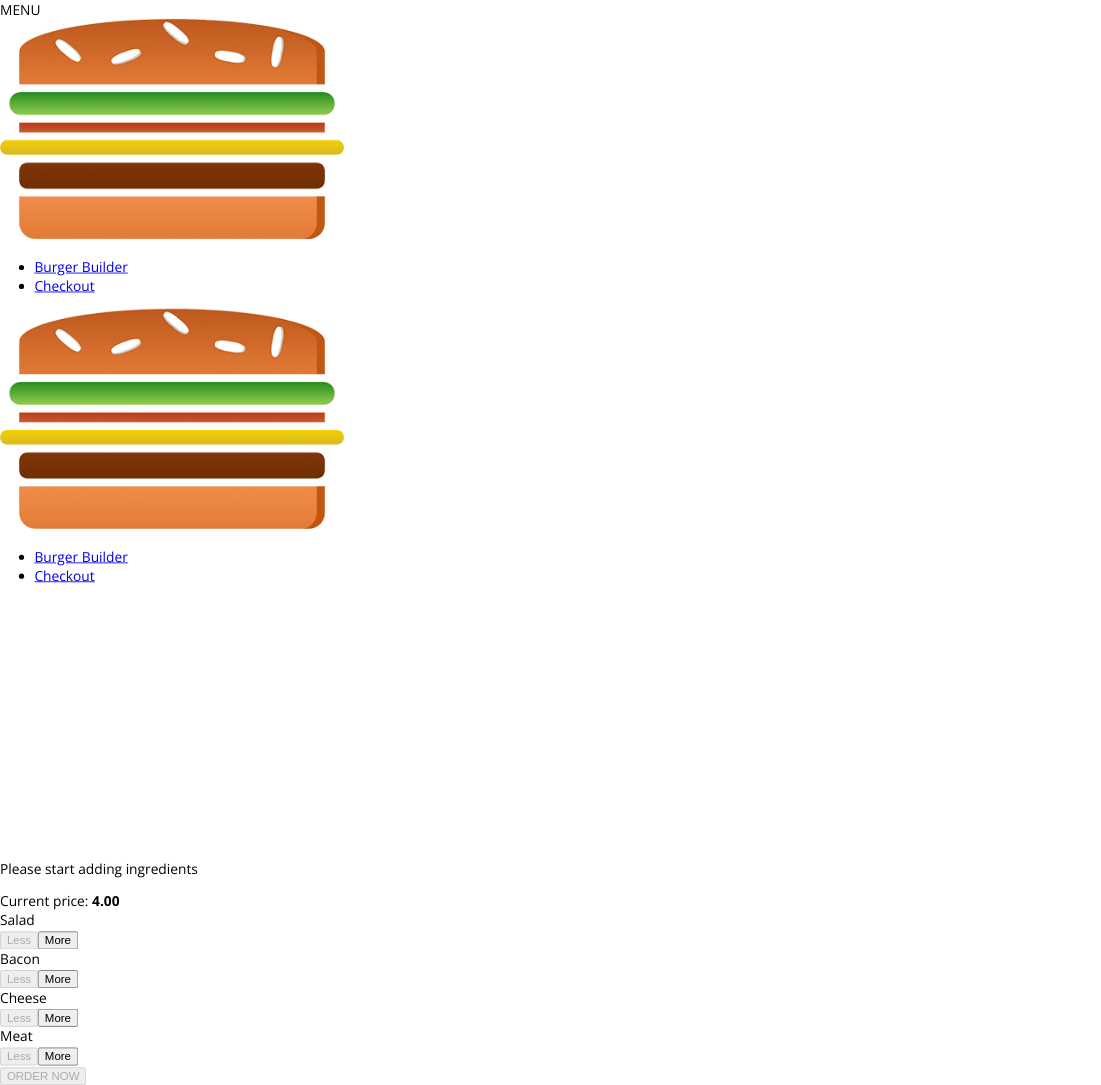
Repository: dunbom6612/burger-builder-app
Page: /
The author's editor kept a copy of each file at every save. The page is drawn from the files as they stood at one save, then again after the next save.
The browser window is 1280 px wide. The pictures show the whole page, at 86% of full size.
The project was rebuilt for these pictures with package versions that can differ from the ones it lists, and the page was loaded fresh each time. Also part of the build but not shown: src/components/Layout/Layout.css, src/components/Navigation/Toolbar/Toolbar.css, src/components/Logo/Logo.css, src/components/Navigation/NavigationItems/NavigationItems.css, src/components/Navigation/NavigationItems/NavigationItem/NavigationItem.css, src/components/Navigation/SideDrawer/SideDrawer.css, src/components/UI/Backdrop/Backdrop.css, src/components/Burger/Burgeringredient/Burgeringredient.css and 5 more.

Above is the page before, as saved 2020-08-01 12:43:18.

### public/index.html
<!DOCTYPE html>
<html lang="en">
  <head>
    <meta charset="utf-8">
    <meta name="viewport" content="width=device-width, initial-scale=1, shrink-to-fit=no">
    <meta name="theme-color" content="#000000">
    <!--
      manifest.json provides metadata used when your web app is added to the
      homescreen on Android. See https://developers.google.com/web/fundamentals/engage-and-retain/web-app-manifest/
    -->
    <link rel="manifest" href="%PUBLIC_URL%/manifest.json">
    <link rel="shortcut icon" href="%PUBLIC_URL%/favicon.ico">
    <!--
      Notice the use of %PUBLIC_URL% in the tags above.
      It will be replaced with the URL of the `public` folder during the build.
      Only files inside the `public` folder can be referenced from the HTML.

      Unlike "/favicon.ico" or "favicon.ico", "%PUBLIC_URL%/favicon.ico" will
      work correctly both with client-side routing and a non-root public URL.
      Learn how to configure a non-root public URL by running `npm run build`.
    -->
    <link href="https://fonts.googleapis.com/css2?family=Open+Sans:wght@400;700&display=swap" rel="stylesheet">
    <title>Huy Burger</title>
  </head>
  <body>
    <noscript>
      You need to enable JavaScript to run this app.
    </noscript>
    <div id="root"></div>
    <!--
      This HTML file is a template.
      If you open it directly in the browser, you will see an empty page.

      You can add webfonts, meta tags, or analytics to this file.
      The build step will place the bundled scripts into the <body> tag.

      To begin the development, run `npm start` or `yarn start`.
      To create a production bundle, use `npm run build` or `yarn build`.
    -->
  </body>
</html>

### src/App.js
import React, { Component } from 'react';
import Layout from './components/Layout/Layout';
import BurgerBuilder from './containers/BurgerBuilder/BurgerBuilder';

class App extends Component {
  render() {
    return (
      <div className="App">
        <Layout>
          <BurgerBuilder />
        </Layout>
      </div>
    );
  }
}

export default App;

### src/components/Layout/Layout.js
import React from "react";
import Aux from "../../hoc/Aux";
import classes from './Layout.css';
import Toolbar from '../Navigation/Toolbar/Toolbar';
import SideDrawer from '../Navigation/SideDrawer/SideDrawer';

const layout = (props) => (
  <Aux>
    <Toolbar />
    <SideDrawer />
    <main className={classes.Content}>{props.children}</main>
  </Aux>
);

export default layout;

### src/containers/BurgerBuilder/BurgerBuilder.js
import React, { Component } from "react";
import Aux from "../../hoc/Aux";
import Burger from "../../components/Burger/Burger";
import BuildControls from "../../components/BuildControls/BuildControls";
import Modal from '../../components/UI/Modal/Modal';
import OrderSummary from '../../components/Burger/OrderSummary/OrderSummary'

const INGREDIENT_PRICES = {
  salad: 0.5,
  cheese: 0.4,
  meat: 1.3,
  bacon: 0.7,
};
class BurgerBuilder extends Component {
  state = {
    ingredients: {
      salad: 0,
      bacon: 0,
      cheese: 0,
      meat: 0,
    },
    totalPrice: 4,
    purchasable: false,
    purchasing: false
  };

  updatePurchaseState(ingredients) {
    const sum = Object.keys(ingredients).map(igKey => {
      return ingredients[igKey]
    }).reduce((sum,el) => {
      return sum + el
    },0);
    this.setState({purchasable: sum > 0 });
  }

  addIngredientHandler = (type) => {
    const oldCount = this.state.ingredients[type];
    const updatedCount = oldCount + 1;
    const updateIngredients = {
      ...this.state.ingredients,
    };
    updateIngredients[type] = updatedCount;
    const priceAddition = INGREDIENT_PRICES[type];
    const oldPrice = this.state.totalPrice;
    const newPrice = oldPrice + priceAddition;
    this.setState({ totalPrice: newPrice, ingredients: updateIngredients });
    this.updatePurchaseState(updateIngredients);
  };

  removeIngredientHandler = (type) => {
    const oldCount = this.state.ingredients[type];
    if(oldCount <= 0){
        return;
    }
    const updatedCount = oldCount - 1 ;
    const updateIngredients = {
      ...this.state.ingredients,
    };
    updateIngredients[type] = updatedCount;
    const priceDeduction = INGREDIENT_PRICES[type];
    const oldPrice = this.state.totalPrice;
    const newPrice =
      oldPrice > priceDeduction ? oldPrice - priceDeduction : oldPrice;
    this.setState({ totalPrice: newPrice, ingredients: updateIngredients });
    this.updatePurchaseState(updateIngredients);
  };

  purchaseHandler = () => {
    this.setState({
      purchasing: true
    })
  }

  purchaseCancelHandler = () => {
    this.setState({purchasing: false});
  }

  purchaseContinueHandler = () => {
    alert('You continue!');
  }

  render() {
      const disabledInfo = {
          ...this.state.ingredients
      };
      for (let key in disabledInfo) {
          disabledInfo[key] = disabledInfo[key] <= 0
      }
    return (
      <Aux>
        <Modal show={this.state.purchasing} modalClosed={this.purchaseCancelHandler}>
          <OrderSummary ingredients={this.state.ingredients}
          price={this.state.totalPrice}
          purchaseCancelled={this.purchaseCancelHandler}
          purchaseContinued={this.purchaseContinueHandler}
          />
        </Modal>
        <Burger ingredients={this.state.ingredients} />
        <BuildControls
          ingredientAdded={this.addIngredientHandler}
          ingredientRemoved={this.removeIngredientHandler}
          price={this.state.totalPrice}
          ordered={this.purchaseHandler}
          purchasable={this.state.purchasable}
          disabled={disabledInfo}

        />
      </Aux>
    );
  }
}

export default BurgerBuilder;

### src/components/Navigation/Toolbar/Toolbar.js
import React from "react";
import classes from './Toolbar.css'
import Logo from '../../Logo/Logo';
import NavigationItems from '../NavigationItems/NavigationItems'

const toolbar = (props) => (
  <header className={classes.Toolbar}>
    <div>MENU</div>
    <div className={classes.Logo}>
        <Logo />
    </div>
    <nav className={classes.DestopOnly}>
        <NavigationItems />
    </nav>
  </header>
);

export default toolbar;

### src/components/Navigation/SideDrawer/SideDrawer.js
import React from "react";
import Logo from "../../Logo/Logo";
import NavigationItems from "../NavigationItems/NavigationItems";
import classes from "./SideDrawer.css";
import Backdrop from "../../UI/Backdrop/Backdrop";
import Aux from "../../../hoc/Aux"

const sideDrawer = (props) => {
  return (
    <Aux>
      <Backdrop show/>
      <div className={classes.SideDrawer}>
        <div className={classes.Logo}>
          <Logo />
          <NavigationItems />
        </div>
      </div>
    </Aux>
  );
};

export default sideDrawer;

### src/components/Burger/Burger.js
import React from 'react'
import BurgerIngredient from './Burgeringredient/Burgeringredient'
import classes from './Burger.css'

const burger = (props) => {
    let transformedIngredient = Object.keys(props.ingredients).map(igKey => {
        return [...Array(props.ingredients[igKey])].map((_,i) => {
           return  <BurgerIngredient key={igKey + i} type={igKey} />
        });
    }).reduce((arr, el) => {
        return arr.concat(el);
    }, []);
    if(transformedIngredient.length === 0 ){
        transformedIngredient = <p> Please start adding ingredients</p>;
    }
    return (
        <div className={classes.Burger}>
            <BurgerIngredient type='bread-top'/>
            {transformedIngredient}
            <BurgerIngredient type='bread-bottom'/>
        </div>
    );


}

export default burger;

### src/components/BuildControls/BuildControls.js
import React from "react";
import classes from "./BuildControls.css";
import BuildControl from "./BuildControl/BuildControl";

const controls = [
  { label: "Salad", type: "salad" },
  { label: "Bacon", type: "bacon" },
  { label: "Cheese", type: "cheese" },
  { label: "Meat", type: "meat" },
];
const buildControls = (props) => (
  <div className={classes.BuildControls}>
    <div>
      Current price: <strong>{props.price.toFixed(2)}</strong>
    </div>
    {controls.map((ctrl) => (
      <BuildControl
        key={ctrl.label}
        label={ctrl.label}
        added={() => props.ingredientAdded(ctrl.type)}
        removed={() => props.ingredientRemoved(ctrl.type)}
        disabled={props.disabled[ctrl.type]}
      />
    ))}
    <button className={classes.OrderButton} disabled={!props.purchasable} onClick={props.ordered}>
       ORDER NOW</button>
  </div>
);

export default buildControls;

### src/components/UI/Modal/Modal.js
import React from "react";
import classes from "./Modal.css";
import Aux from "../../../hoc/Aux";
import Backdrop from "../Backdrop/Backdrop";

const modal = (props) => (
  <Aux>
    <Backdrop show={props.show} clicked={props.modalClosed} />
    <div
      className={classes.Modal}
      style={{
        transform: props.show ? "translateY(0)" : "translateY(-100vh)",
        opacity: props.show ? "1" : "0",
      }}
    >
      {props.children}
    </div>
  </Aux>
);

export default modal;

### src/components/Burger/OrderSummary/OrderSummary.js
import React from "react";
import Aux from "../../../hoc/Aux";
import Button from "../../UI/Button/Button";

const orderSummary = (props) => {
  const ingredientSummary = Object.keys(props.ingredients).map((igKey) => {
    return (
      <li key={igKey}>
        <span style={{ textTransform: "capitalize" }}>{igKey}</span>:
        {props.ingredients[igKey]}
      </li>
    );
  });
  return (
    <Aux>
      <h3>Your Order</h3>
      <p>A delicious burger with the following ingredients:</p>
      <ul>{ingredientSummary}</ul>
      <p>
        <strong>Total Price:{props.price.toFixed(2)}</strong>
      </p>
      <p>Continue to checkout?</p>
      <Button btnType="Danger" clicked={props.purchaseCancelled}>
        CANCEL
      </Button>
      <Button btnType="Success" clicked={props.purchaseContinued}>
        CONTINUE
      </Button>
    </Aux>
  );
};

export default orderSummary;

### src/components/Logo/Logo.js
import React from 'react';
import burgerLogo from '../../assets/images/burger-logo.png'
import classes from './Logo.css'

const logo = (props) => (
    <div className={classes.Logo} >
        <img src={burgerLogo} alt="MyBurger" />
    </div>
);

export default logo;

### src/components/Navigation/NavigationItems/NavigationItems.js
import React from 'react';
import classes from './NavigationItems.css'
import NavigationItem from './NavigationItem/NavigationItem'


const navigationItems = () => (
    <ul className={classes.NavigationItems}>
        <NavigationItem link="/" active>Burger Builder</NavigationItem>
        <NavigationItem link="/">Checkout</NavigationItem>
    </ul>

);

export default navigationItems;

### src/components/UI/Backdrop/Backdrop.js
import React from "react";
import classes from "./Backdrop.css";
const backdrop = (props) =>
  props.show ? <div className={classes.Backdrop} onClick={props.clicked}></div> : null;


export default backdrop;

### src/components/Burger/Burgeringredient/Burgeringredient.js
import React, { Component } from "react";
import PropTypes from "prop-types";
import classes from "./Burgeringredient.css";

class BurgerIngredient extends Component {
  render() {
    let ingredient = null;

    switch (this.props.type) {
      case "bread-bottom":
        ingredient = <div className={classes.BreadBottom}></div>;
        break;
      case "bread-top":
        ingredient = (
          <div className={classes.BreadTop}>
            <div className={classes.Seeds1}></div>
            <div className={classes.Seeds2}></div>
          </div>
        );
        break;
      case "meat":
        ingredient = <div className={classes.Meat}></div>;
        break;
      case "cheese":
        ingredient = <div className={classes.Cheese}></div>;
        break;
      case "bacon":
        ingredient = <div className={classes.Bacon}></div>;
        break;
      case "salad":
        ingredient = <div className={classes.Salad}></div>;
        break;
      default:
        ingredient = null;
    }

    return ingredient;
  }
}

BurgerIngredient.propTypes = {
  type: PropTypes.string.isRequired,
};

export default BurgerIngredient;

### src/components/BuildControls/BuildControl/BuildControl.js
import React from "react";
import classes from './BuildControl.css';



const buildControl = (props) => (
    <div className={classes.BuildControl}>
        <div className={classes.Label}>{props.label}</div>
        <button className={classes.Less} onClick={props.removed} disabled={props.disabled}>Less</button>
        <button className={classes.More} onClick={props.added}>More</button>
    </div>
);

export default buildControl;

### src/components/UI/Button/Button.js
import React from "react";
import classes from './Button.css'

const button = (props) => (
  <button className={[classes.Button, classes[props.btnType]].join(' ')}
    onClick={props.clicked}>{props.children}</button>
);

export default button;

### src/components/Navigation/NavigationItems/NavigationItem/NavigationItem.js
import React from "react";
import classes from "./NavigationItem.css";

const navigationItem = (props) => (
  <li className={classes.NavigationItem}>
    <a href={props.link} className={props.active ? classes.active : null}>{props.children}</a>
  </li>
);

export default navigationItem;

Loaded but not shown: src/index.js (common file); src/index.css (common file); src/registerServiceWorker.js (common file); src/hoc/Aux.js (common file)

After the next save:
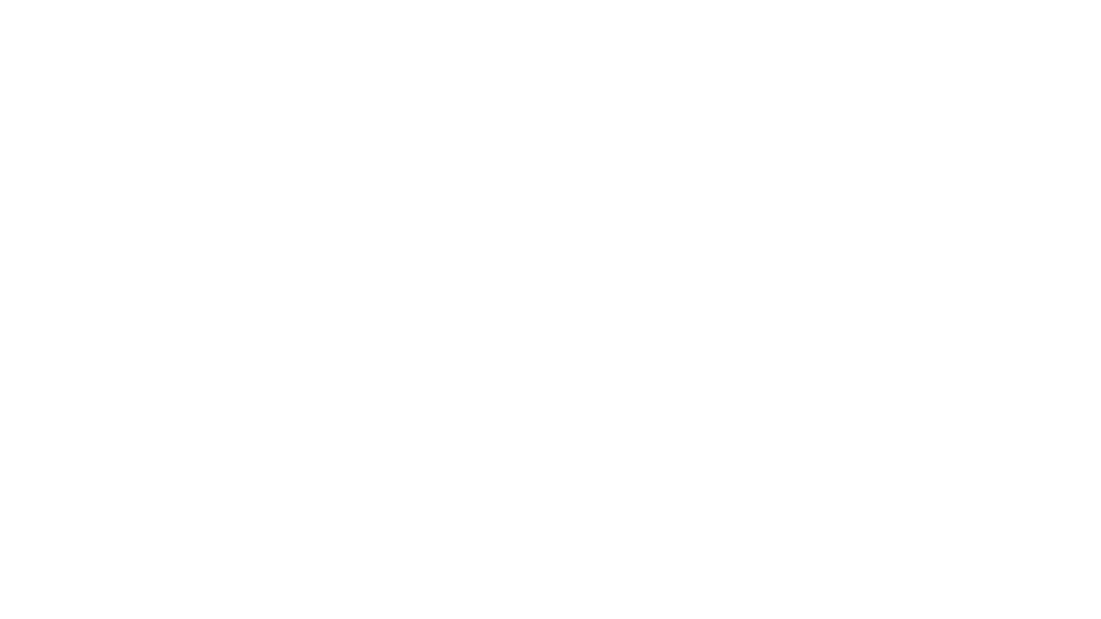
Console error: ReferenceError: props is not defined
Saved 5 min 34 s later.
--- a/src/components/Layout/Layout.js
+++ b/src/components/Layout/Layout.js
@@ -1,15 +1,19 @@
-import React from "react";
+import React, { Component } from "react";
 import Aux from "../../hoc/Aux";
 import classes from './Layout.css';
 import Toolbar from '../Navigation/Toolbar/Toolbar';
 import SideDrawer from '../Navigation/SideDrawer/SideDrawer';
 
-const layout = (props) => (
-  <Aux>
+class Layout extends Component{
+  render(){
+    return (
+<Aux>
     <Toolbar />
     <SideDrawer />
     <main className={classes.Content}>{props.children}</main>
   </Aux>
-);
+    )
+  }
+}
 
-export default layout;
+export default Layout;

After the save that followed:
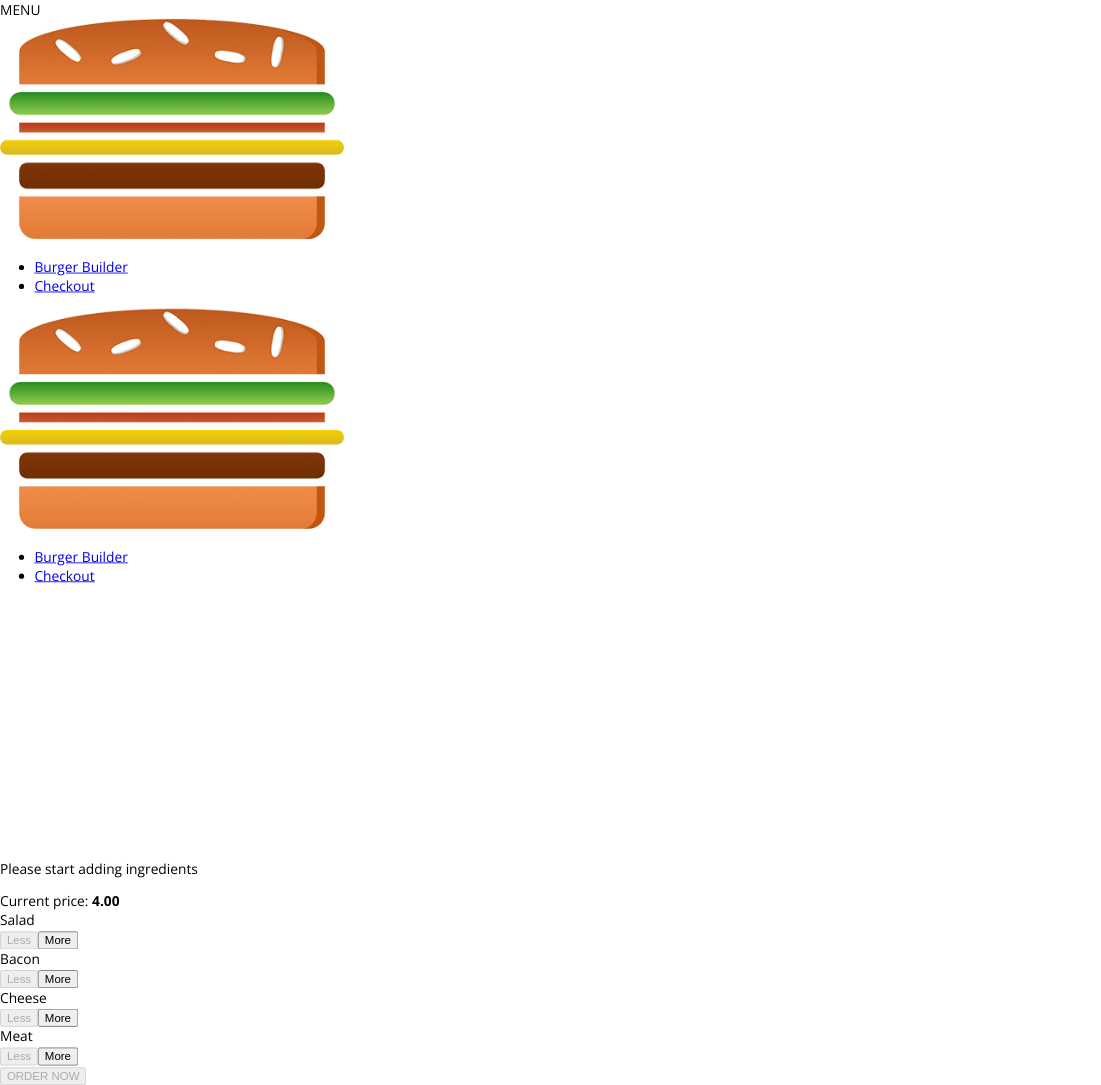
The error is gone.
Saved 9 s later.
--- a/src/components/Layout/Layout.js
+++ b/src/components/Layout/Layout.js
@@ -10,7 +10,7 @@
 <Aux>
     <Toolbar />
     <SideDrawer />
-    <main className={classes.Content}>{props.children}</main>
+    <main className={classes.Content}>{this.props.children}</main>
   </Aux>
     )
   }
